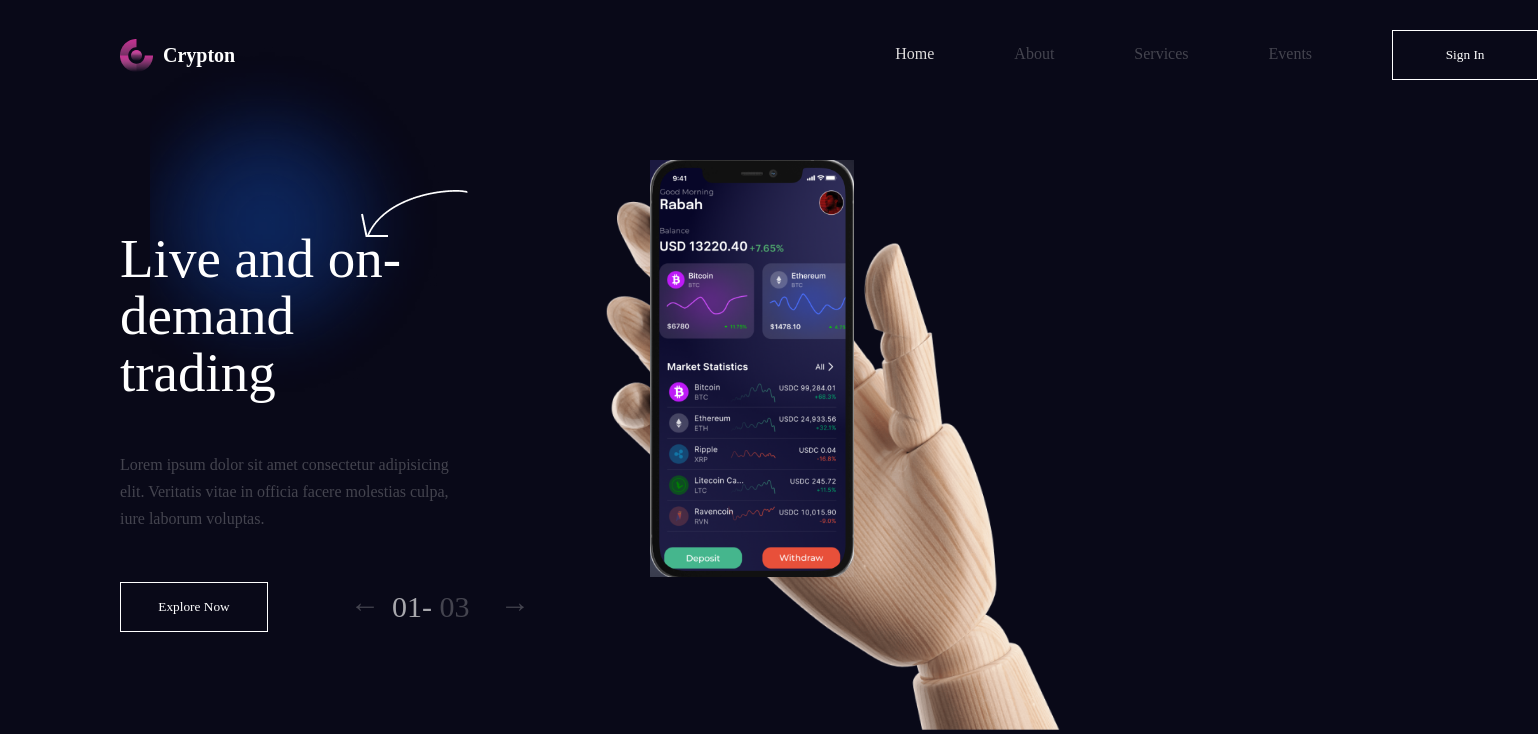
Repository: isaacCodes1/Crypton-Website
Page: index.html
The author's editor kept a copy of each file at every save. The page is drawn from the files as they stood at one save, then again after a run of saves.
The browser window is 1280 px wide. The page is 1538 px wide, so the pictures cover 1538 px, including what lies to the right of the window. The pictures show the whole page.

Above is the page before, as saved 2024-05-14 21:05:29.

After the next 4 saves:
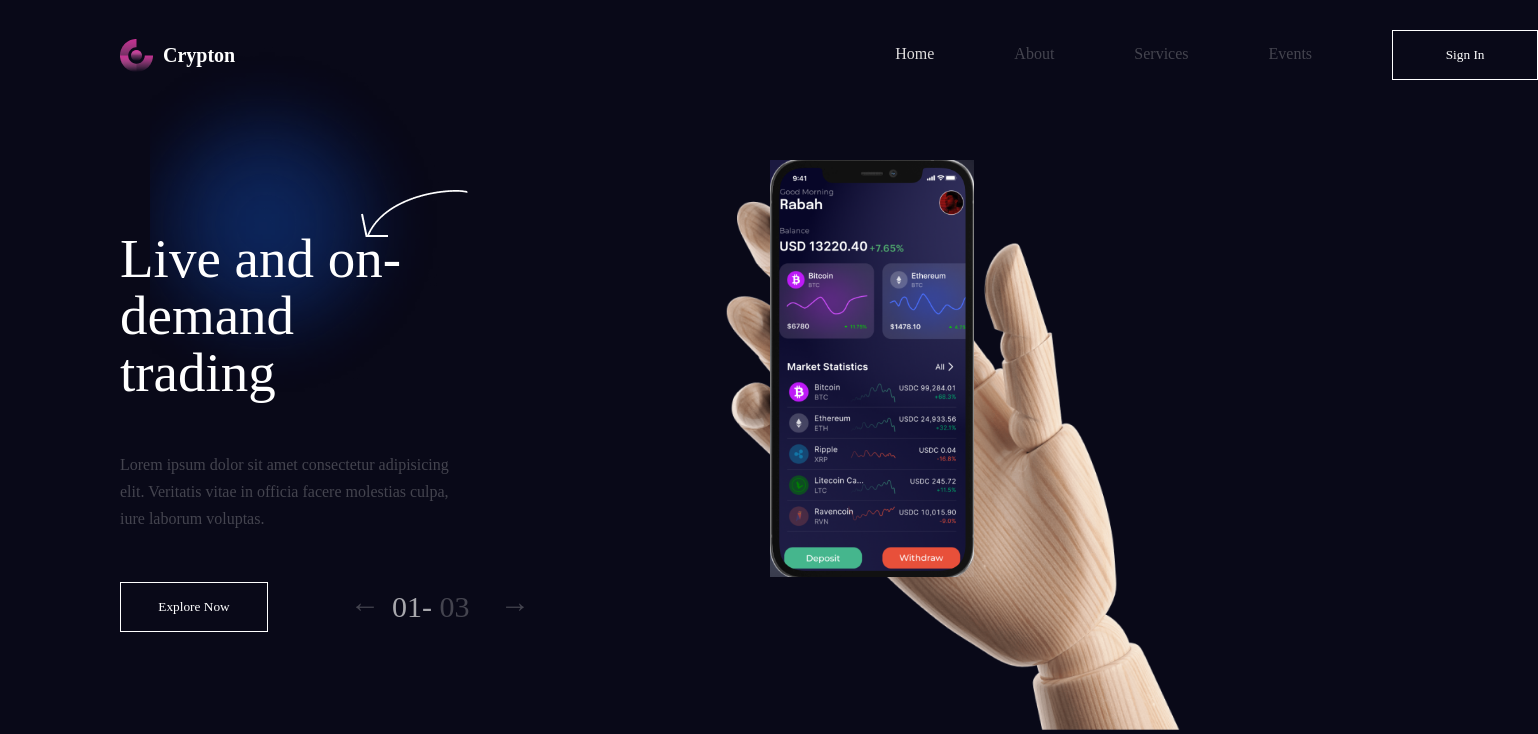
The 4 saves are shown as one change because they came seconds apart.
The last was saved 75 s later.
--- a/style.css
+++ b/style.css
@@ -135,7 +135,7 @@ body{
     display: flex;
     position: absolute;
     top: 190px;
-    right: 220px;
+    right: 100px;
 }
 .hand{
     height: 75vh;
